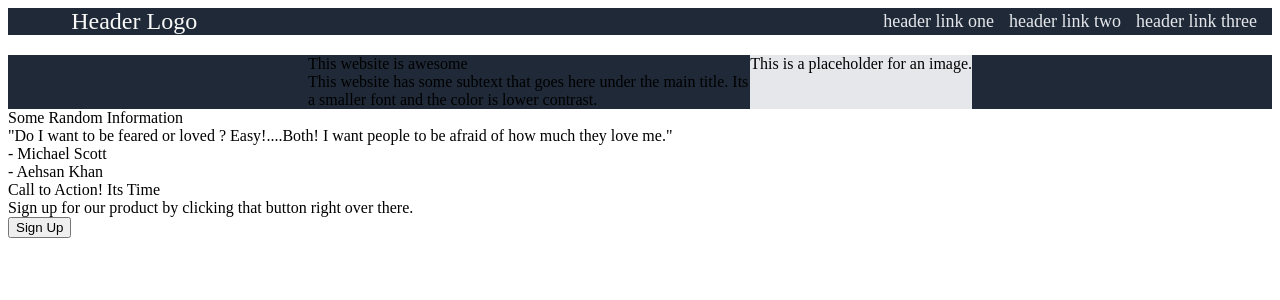
Repository: Aehsan4004/odinlandpage
Page: index.html
An editor plug-in stored every save of this project. The page is shown before and after the next save, followed by the edit.
The browser window is 1280 px wide. The pictures show the whole page.

Above is the page before, as saved 2025-02-10 09:47:55.

### index.html
<!DOCTYPE html>
<html lang="en">
<head>
    <meta charset="UTF-8">
    <meta name="viewport" content="width=device-width, initial-scale=1.0">
    <title>Odin Project Landing Page</title>
    <link rel="stylesheet" href="styles.css">
</head>
<body>
    <div class="one">
        <div class="logo">
            Header Logo
        </div>
        <div class="head-links">
            <ul>
                <li>header link one</li>
                <li>header link two</li>
                <li>header link three</li>
            </ul>
        </div>
    </div>

    <div class="two">
        <div class="left-box">
            <div class="title">
                This website is awesome
            </div>

            <div class="content">
                This website has some subtext that goes here under the main title. Its a smaller font and the color is lower contrast.
            </div>

        </div>
        <div class="right-box">
            This is a placeholder for an image.
        </div>

    </div>

    <div class="three">
        <div class="opt-head">
            Some Random Information
        </div>
        <div class="menu-box">
            <div class="box" id="1"></div>
            <div class="box" id="2"></div>
            <div class="box" id="3"></div>
            <div class="box" id="4"></div>
        </div>

    </div>

    <div class="four">
        <div class="quote">
            "Do I want to be feared or loved ?
             Easy!....Both!
             I want people to be afraid of how much they love me."
        </div>
        <div class="quoter"> - Michael Scott</div>
        <div class="requoter"> - Aehsan Khan</div>
    </div>

    <div class="five">
        <div class="foot-box">
            <div class="call2act">
                <div class="main"> Call to Action! Its Time</div>
                <div class="supp">Sign up for our product by clicking that button right over there.</div>
            </div>
            <button class="signup-btn">Sign Up</button>
        </div>

    </div>
</body>
</html>

### styles.css
body {
    display: flex;
    flex-direction: column;
    /* flex: 1 1 100%; */
    /* min-height: 100%; */
    /* align-items: center; */
    justify-content: center;
}

.one {
    display: flex;
    justify-content: space-between;
    align-items: center;
    background-color: #1f2937;
}

.logo {
    font-size: 24px;
    color: #f9faf8;
    margin-left: 5%;
}

.head-links {
    color: #e5e7eb;
    font-size: 18px;
    /* margin: 15px; */
    margin-right: 15px;
}

ul {
    list-style: none;  /* Removes bullet points */
    padding: 0;
    margin: 0;
    display: flex;  /* Makes list items appear in a row */
    gap: 15px;  /* Adds spacing between items */
}

.two {
    display: flex;
    background-color: #1f2937;
    justify-content: center;
    margin-top: 20px;
}
.left-box {
    display: flex;
    /* flex: 1 1 40%; */
    max-width: 35%;
    flex-wrap: wrap;
}
.right-box {
    display: flex;
    /* flex: 1 1 40%; */
    max-width: 35%;
    background-color: #e5e7eb;
    flex-wrap: wrap;
}

After the next save:
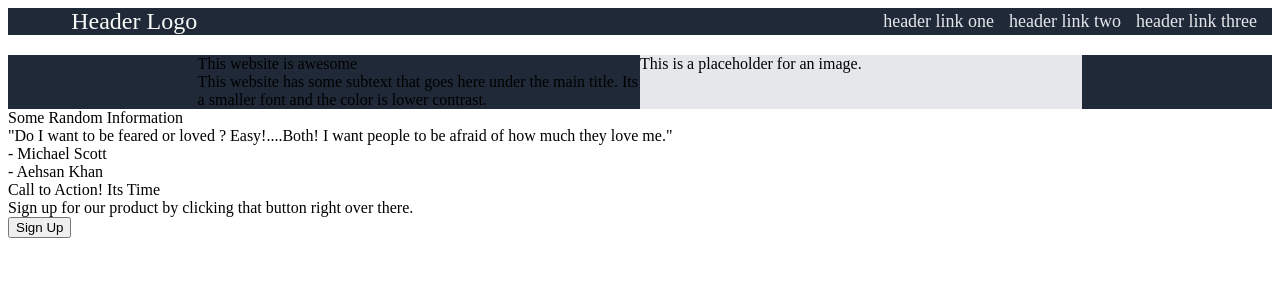
Saved 47 s later.
--- a/styles.css
+++ b/styles.css
@@ -44,13 +44,13 @@ ul {
 .left-box {
     display: flex;
     /* flex: 1 1 40%; */
-    max-width: 35%;
+    width: 35%;
     flex-wrap: wrap;
 }
 .right-box {
     display: flex;
     /* flex: 1 1 40%; */
-    max-width: 35%;
+    width: 35%;
     background-color: #e5e7eb;
     flex-wrap: wrap;
 }
